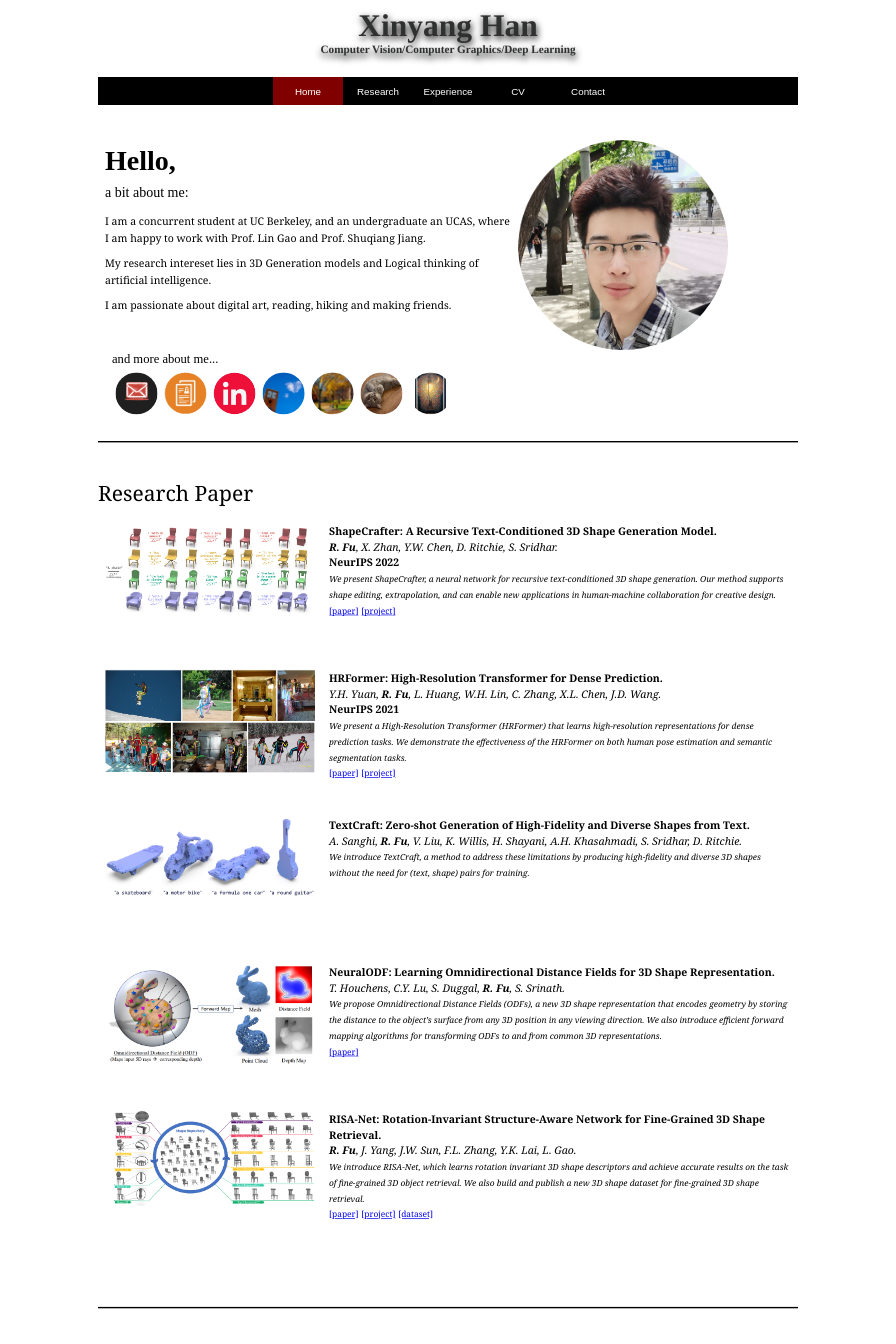
Repository: XinyangHan/XinyangHan.github.io
Page: index.html
These files come from the project's save history. The page is drawn as it stood at one moment and after the next save; the edit follows.
The browser window is 1280 px wide. The pictures show the part of the page from y = 0 to 1920 px (the page is 4103 px tall before and 4093 px after), at 70% of full size.

Above is the page before, as saved 2023-02-11 13:46:58.

### index.html
<!DOCTYPE html>
<html>

<head>
	<meta charset="utf-8">
	<meta name="keywords" content="Rao FU, Rao FU, Rao Fu Homepage, Rao Fu Webpage, Rao Fu UCAS, Rao Fu Brown">
	<meta name="description" content="Rao FU's homepage">
	<meta name="viewport" content="width=device-width, initial-scale=1">
	<title>Rao FU | Homepage</title>
	<link href="style.css" rel="stylesheet" />
	<style>
	</style>



</head>

<body>
<!-------------------------------------------------- Header -------------------------------------------------->
<div id="header">
	<h1> Xinyang Han </h1>
	<h2>Computer Vision/Computer Graphics/Deep Learning</h2>
</div><!-- Header -->

<!-------------------------------------------------- Navbar -------------------------------------------------->
<div id="nav-wrapper">
<div id="nav">
			<button class="btn active" onclick="window.location.href = './index.html#content_home';">Home</button>
			<button class="btn" onclick="window.location.href = './index.html#content_project';">Research</button>
			<button class="btn" onclick="window.location.href = './index.html#content_exp';">Experience</button>
			<button class="btn" onclick="window.location.href = './resource/My_CV.pdf'; target='_blank'; ">CV</button>
			<button class="btn" onclick="window.location.href = './index.html#c_contact_biography';">Contact</button>
			<!-- <a href="./index.html#content_home" class="active">Home</a>  -->
			<!-- <a href="./index.html#content_project">Research</a> -->
			<!-- <a href="./index.html#content_exp">Experience</a> -->
			<!-- <a href="./resource/MY_CV.pdf">CV</a> -->
			<!-- <a href="./index.html#c_contact_biography">Contact</a> -->
</div> <!-- #nav -->
</div>

<!-------------------------------------------------- Script -------------------------------------------------->
<script>
	// Get the container element
	var btnContainer = document.getElementById("nav");

	// Get all buttons with class="btn" inside the container
	var btns = btnContainer.getElementsByClassName("btn");

	// Loop through the buttons and add the active class to the current/clicked button
	for (var i = 0; i < btns.length; i++) {
	btns[i].addEventListener("click", function() {
		var current = document.getElementsByClassName("active");
		current[0].className = current[0].className.replace(" active", "");
		this.className += " active";
	});
	}
</script>

<!-------------------------------------------------- Content Home-------------------------------------------------->
<div class="content"  id="content_home">

	<div class="c_home_wrapper">
		<div id="c_biography">
			<strong id="c_font1">Hello,</strong><br>
			<span class="c_font2">a bit about me:</span><br>
			<p class="c_font3">
				I am a concurrent student at UC Berkeley, and an undergraduate an UCAS, where I am happy to work with Prof. Lin Gao and Prof. Shuqiang Jiang.
			</p>
			<p class="c_font3">
				My research intereset lies in 3D Generation models and Logical thinking of artificial intelligence.
			</p>
			<p class="c_font3">
				I am passionate about digital art, reading, hiking and making friends.
			</p>
		</div>

		<div id="c_profile">
			<div class="c_thumbnail">
				<img src="img/round_profile.png" id="buttons" alt="profile_button" >
				<div class="overlay">
					<p>
						勿戳！<br>
						Don't poke my cheeks!<br>
						¡no me toques las mejillas! <br>
						मेरे गाल मत दबाओ! <br>
						আমার গালে খোঁচা দিও না! <br>
						não cutuque minhas bochechas! <br>
						не тыкай меня в щеки! <br>
						私の頬をつつかないで！ <br>
						ਮੇਰੀਆਂ ਗੱਲ੍ਹਾਂ ਨੂੰ ਨਾ ਮਾਰੋ! <br>
						唔好戳我嘅脸颊！<br>
						đừng chọc má tôi!<br>
						నా బుగ్గలు కుట్టకు!<br>
						yanaklarımı dürtme!<br>
						내 뺨을 찌르지 마! <br>
						ne touchez pas mes joues!<br>
						stoß mir nicht in die Wangen!<br>
						என் கன்னங்களை குத்தாதே!<br>
						میرے گالوں کو مت مارو!<br>
						ojo nyocot pipiku!<br>
						non toccarmi le guance!<br>
						لا تكز خدي!<br>
					</p>
				</div>
			</div>
		</div>

		<div id="c_info">
			<!-- <strong id="c_font4">And more</strong><br>
			<strong id="c_font4">about me</strong><br> -->
			<span class="c_font2_1"> and more about me... </span><br>
			<!-- CONTENT TODO -->
			<div class="thumbnail">
				<img src="img/email_icon.jpg" id="button0" alt="email_button" >
				<div class="overlay" onclick="window.location.href = 'hanxinyang20a@mails.ucas.ac.cn';" >
					<p>Email to<br>Say Hi</p>
				</div>
			</div> <!-- .thumbnail -->


			<div class="thumbnail">
				<img src="img/cv_icon.jpg" id="button1" alt="cv_button" >
				<div class="overlay"  onclick="window.location.href='./resource/Xinyang_Han_CV.pdf'; " >
					<p>CV/<br>Resume</p>
				</div>
			</div> <!-- .thumbnail -->

			<!-- <div class="thumbnail">
				<img src="img/gs_icon.png" id="button2" alt="google_button" >
				<div class="overlay" onclick="window.location.href = 'https://scholar.google.com/citations?hl=en&user=VWMWQEcAAAAJ';" >
					<p>Google<br>Scholar</p>
				</div>
			</div>  -->

			<div class="thumbnail">
				<img src="img/linkedin_icon.png" id="button3" alt="lkin_icon" >
				<div class="overlay" onclick="window.location.href = 'https://www.linkedin.com/in/rao-fu-245269210/';" >
					<p>LinkedIn<br>Profile</p>
				</div>
			</div> <!-- .thumbnail -->

			<div class="thumbnail">
				<img src="img/ucas_button.png" id="button4" alt="ucas_button" >
				<div class="overlay" onclick="window.location.href = 'https://en.wikipedia.org/wiki/University_of_the_Chinese_Academy_of_Sciences/';" >
					<p>B.E.@<br>UCAS</p>
				</div>
			</div> <!-- .thumbnail -->

			<div class="thumbnail">
				<img src="img/Brown_icon.jpg" id="button5" alt="brown_button">
				<div class="overlay" onclick="window.location.href = 'https://www.usc.edu/';" >
					<p>Ph.D.@<br>Brown
					</p>
				</div>
			</div> <!-- .thumbnail -->

			<div class="thumbnail">
				<img src="img/cat_icon.jpg" id="button6" alt="cat_button">
				<div class="overlay" onclick="window.location.href = 'https://instagram.com/inocchi_mew?r=nametag';" >
					<p>My Cat<br>Inocchi
					</p>
				</div>
			</div> <!-- .thumbnail -->

			<div class="thumbnail">
				<img src="img/art_icon.jpg" id="button6" alt="art_button">
				<div class="overlay" onclick="window.location.href = './index.html#content_home';" >
					<p>Arts<br>Todo...</p>
				</div>
			</div> <!-- .thumbnail -->

		</div>
	</div><!-- Home Wrapper-->

	<div class="clearfloat"></div>
</div><!-- Content Home-->

<!-------------------------------------------------- Content Project -------------------------------------------------->
<div class="content">

	<div class="c_public_wrapper" id="content_project">
		<div class="c_font1_1">Research Paper</div>
		<div class="c_public">
			<div class="disp_wrapper">
				<!-- <a href="./img/HRFormer.png" data-lightbox="project1" data-title="HRFormer2 Structure"> -->
					<img src="./img/project_shapecrafter.jpg" class="project_img" title="ShapeCrafter Structure">
				<!-- </a> -->
				<!-- <p class="small_font">click image for details</p> -->
			</div>
			<strong>ShapeCrafter: A Recursive Text-Conditioned 3D Shape Generation Model.</strong>
			<br><em><strong>R. Fu</strong>, X. Zhan, Y.W. Chen, D. Ritchie, S. Sridhar. </em>
			<br><strong>NeurIPS 2022</strong></em>
			<br><em class="small_font">We present ShapeCrafter, a neural network for recursive text-conditioned 3D shape generation.
				Our method supports shape editing, extrapolation, and can enable new applications in human-machine collaboration for creative design.</em>
			<br><a href="https://arxiv.org/abs/2207.09446" class="small_font">[paper]</a>
			<a href="https://ivl.brown.edu/projects/shapecrafter" class="small_font">[project]</a>
		</div>

		<div class="c_public">
			<div class="disp_wrapper">
				<!-- <a href="./img/project_hrformer.png" data-lightbox="project1" data-title="HRFormer2 Structure"> -->
					<img src="./img/project_hrformer.png" class="project_img" title="HRFormer2 Structure">
				<!-- </a> -->
				<!-- <p class="small_font">click image for details</p> -->
			</div>
			<strong>HRFormer: High-Resolution Transformer for Dense Prediction.</strong>
			<br><em>Y.H. Yuan, <strong>R. Fu</strong>, L. Huang, W.H. Lin, C. Zhang, X.L. Chen, J.D. Wang. </em>
			<br><strong>NeurIPS 2021</strong></em>
			<br><em class="small_font">We present a High-Resolution Transformer (HRFormer) that learns high-resolution
				representations for dense prediction tasks. We demonstrate the effectiveness
				of the HRFormer on both human pose estimation and semantic segmentation tasks.</em>
			<br><a href="https://arxiv.org/abs/2110.09408" class="small_font">[paper]</a>
			<a href="https://github.com/HRNet/HRFormer" class="small_font">[project]</a>
		</div>

		<div class="c_public">
			<div class="disp_wrapper">
				<!-- <a href="./img/HRFormer.png" data-lightbox="project1" data-title="HRFormer2 Structure"> -->
					<img src="./img/project_textcraft.png" class="project_img" title="TextCraft Structure">
				<!-- </a> -->
				<!-- <p class="small_font">click image for details</p> -->
			</div>
			<strong>TextCraft: Zero-shot Generation of High-Fidelity and Diverse Shapes from Text.</strong>
			<br><em>A. Sanghi, <strong>R. Fu</strong>, V. Liu, K. Willis,  H. Shayani, A.H. Khasahmadi, S. Sridhar, D. Ritchie. </em>
			<!-- <br><strong>CoRR</strong></em> -->
			<br><em class="small_font">We introduce TextCraft, a method to address these limitations by producing high-fidelity
				and diverse 3D shapes without the need for (text, shape) pairs for training.</em>
			<!-- <br><a href="https://arxiv.org/pdf/2206.05837" class="small_font">[paper]</a> -->
		</div>

		<div class="c_public">
			<div class="disp_wrapper">
				<!-- <a href="./img/HRFormer.png" data-lightbox="project1" data-title="HRFormer2 Structure"> -->
					<img src="./img/project_odf.jpg" class="project_img" title="ODF Structure">
				<!-- </a> -->
				<!-- <p class="small_font">click image for details</p> -->
			</div>
			<strong>NeuralODF: Learning Omnidirectional Distance Fields for 3D Shape Representation.</strong>
			<br><em>T. Houchens, C.Y. Lu, S. Duggal, <strong>R. Fu</strong>, S. Srinath. </em>
			<!-- <br><strong>CoRR</strong></em> -->
			<br><em class="small_font">We propose Omnidirectional Distance Fields (ODFs), a new 3D shape representation
				that encodes geometry by storing the distance to the object’s surface from any 3D position in any
				viewing direction. We also introduce efficient forward mapping algorithms for transforming ODFs to and
				from common 3D representations.</em>
			<br><a href="https://arxiv.org/pdf/2206.05837" class="small_font">[paper]</a>
		</div>

		<div class="c_public">
				<div class="disp_wrapper">
					<!-- <a href="./img/project_risanet.png" data-lightbox="project1" data-title="RISA-Net Structure"> -->
						<img src="./img/project_risanet.png" class="project_img" title="RISA-Net Structure">
					<!-- </a> -->
					<!-- <p class="small_font">click image for details</p> -->
				</div>
				<strong>RISA-Net: Rotation-Invariant Structure-Aware Network for Fine-Grained 3D Shape Retrieval.</strong>
				<br><em><strong>R. Fu</strong>, J. Yang, J.W. Sun, F.L. Zhang, Y.K. Lai, L. Gao. </em>
				<!-- <br><em>CoRR </em> -->
				<br><em class="small_font">We introduce RISA-Net, which learns rotation invariant
					3D shape descriptors and achieve accurate results on the task of fine-grained 3D object retrieval. We also build and publish
					a new 3D shape dataset for fine-grained 3D shape retrieval.</em>
				<br><a href="https://arxiv.org/abs/2010.00973" class="small_font">[paper]</a>
				<a href="https://github.com/IGLICT/RisaNET" class="small_font">[project]</a>
				<a href="https://drive.google.com/drive/folders/1BpwtlhrYfR5xGcXGoYFjo9bQFtw4nFvP" class="small_font">[dataset]</a>

		</div>
	</div>
	<div class="clearfloat"></div>
</div><!-- Content Project-->

<!-------------------------------------------------- Content Experiment-------------------------------------------------->
<div class="content">

	<div class="c_education_wrapper" id="content_exp">
		<div class="c_font1_1">Education</div>

		<div class="c_education">
			<strong>BROWN UNIVERSITY</strong>
			<em class="dates">Sept.2021 – Present</em>
			<div class="clearfloat"></div>
			<div class="logo_wrapper">
				<img class="schoollogo" src="./img/brown_logo.png" alt="BROWN Logo" />
			</div>
			<ul>
			<li>Title: Computer Science Ph.D. Student</li>
			<li>Concentration: Vision, Graphics and Robotics</li>
			</ul>
		</div>

		<div class="c_education">
			<strong>UNIVERSITY OF CHINESE ACADEMY OF SCIENCES</strong>
			<em class="dates">Sept. 2017-Jul. 2021</em>
			<div class="clearfloat"></div>
			<div class="logo_wrapper">
				<img class="schoollogo" src="./img/cas_logo.jpg" alt="CAS Logo" />
			</div>
			<ul>
			<li>Degree: Bachelor of Computer Science.</li>
			<li>GPA: 3.72/4.00.</li>
			<li>Core GPA: 3.82/4.00.</li>
			<li><em>Outstanding Thesis Awards.</em> </li>
			<li><em></em>National Inspirational Scholarship(5%).</em></li>
			</ul>
		</div>

		<div class="c_education">
			<strong>UNIVERSITY OF SOUTHERN CALIFORNIA</strong>
			<em class="dates">Jan. 2020-May. 2020</em>
			<div class="clearfloat"></div>
			<div class="logo_wrapper">
				<img class="schoollogo" src="./img/usc_logo.png" alt="USC Logo" />
			</div>
			<ul>
			<li>Title: Visiting Student.</li>
			<li>GPA: 4.00/4.00.</li>
			</ul>

		</div>

		<div class="c_education">
			<strong>BEIJING NATIONAL DAY SCHOOL</strong>
			<em class="dates">Sept. 2011-Jul. 2017</em>
			<div class="clearfloat"></div>
			<div class="logo_wrapper">
				<img class="schoollogo" src="./img/bnds_logo.png" alt="USC Logo" />
			</div>
			<ul>
			<li>Title: Student.</li>
			<li>GPA: 3.9/4.0.</li>
			</ul>

		</div>
	</div>

	<div class="c_intern_wrapper">
		<div class="c_font1_1">Employment</div>

		<div class="c_intern">
			<strong>Research intern: Autodesk Inc.</strong>
				<em class="dates">May. 2022 – Present</em>
			<br><br><em>Group: AI Lab</em><em class="dates">Toronto, Canada</em>
			<ul>
				<li>Research on Lauguage-guided 3D Shape Generation.</li>
			</ul>
		</div>

		<div class="c_intern">
			<strong>Research intern: Microsoft Research, Asia</strong>
				<em class="dates">Mar. 2021 – July. 2021</em>
			<br><br><em>Group: Speech Group, Visual Computing Group</em><em class="dates">Beijing, China</em>
			<ul>
				<li>Research on High-Resolution Machine Perception Backbone</li>
			</ul>
		</div>

		<div class="c_intern">
			<strong>Research intern: University of California, San Diego</strong>
				<em class="dates">May. 2020 – Nov. 2020</em>
			<br><br><em>Advisor: Prof. Hao Su.</em><em class="dates">San Diego, CA, USA</em>
			<ul>
				<li>Research on Robot Grasping with Two-Finger Grippers.</li>
				<li>Research on Humanoid Robot Grippers.</li>
			</ul>
		</div>

		<div class="c_intern">
				<strong>Research intern: Institute of Computing Technology, CAS.</strong>
					<em class="dates">Jul. 2019 – Nov. 2020</em>
				<br><br><em>Advisor: Prof. Lin Gao</em> <em class="dates">Beijing, China</em>
				<ul>
					<li>Research on Fine-grained 3D Shape Retrieval.</li>
					<li>Research on Talking Head Generation.</li>
				</ul>
		</div>
	</div>

	<div class="clearfloat"></div>

</div><!-- Content Experiment-->

<!-------------------------------------------------- Content Contact-------------------------------------------------->
<div class="content">
	<div class="c_contact_wrapper">
	<!-- 	<div id="c_contact_biography">
			<span class="c_font1_1">Contact me:</span><br>
			<p class="c_font3">
			Email: <a href="mailto:rao_fu@brown.edu">rao_fu@brown.edu</a>
			</p>
			<p class="c_font3">
			Mail: Brown University Box 1910, Providence, RI 02912
			</p>
		</div> -->

		<div id="c_contact_profile">
			<span class="c_font1_1">Buy me a Boba:</span><br>
			<p class="c_font3">
			If you like my homepage and think it's useful, welcome to buy me a Boba via Wechat or Paypal down here:
			</p>
			<div id="c_contact_thumbnail_1">
			</div>
			<div id="c_contact_thumbnail_2">
			</div>
		</div>

		<div class="clearfloat"></div>
	</div><!-- Content Contact Wrapper-->
</div><!-- Content Contact -->


<div class="clearfloat"></div>
<!-------------------------------------------------- Footer -------------------------------------------------->
<div id="footer">
	<!-- <div class="b_thumbnail">
		<img class="b_img" src="img/i3.png" alt="email">
	</div>
	<div class="b_font">
		<a href="mailto:rao_fu@brown.edu">rao_fu@brown.edu</a>
	</div>
	<div class="b_thumbnail">
		<img class="b_img" src="img/i4.png" alt="git">
	</div>
	<div class="b_font">
		<a href="https://github.com/freddierao">github.com/freddierao</a>
	</div>	 -->
	<div class="b_thumbnail">
		<img class="b_img" src="img/i2.png" alt="copyright">
	</div>
	<div class="b_font">
		&copy; 2022 by Rao FU
	</div>
	<div class="clearfloat"></div>
</div><!-- Footer -->
<script>
window.onscroll = function() {myFunction()};

var navbar = document.getElementById("nav-wrapper");
var sticky = navbar.offsetTop;

function myFunction() {
  if (window.pageYOffset >= sticky) {
    navbar.classList.add("sticky")
  } else {
    navbar.classList.remove("sticky");
  }
}
</script>
</body>
</html>

Loaded but not shown: style.css (556 lines, source omitted)

After the next save:
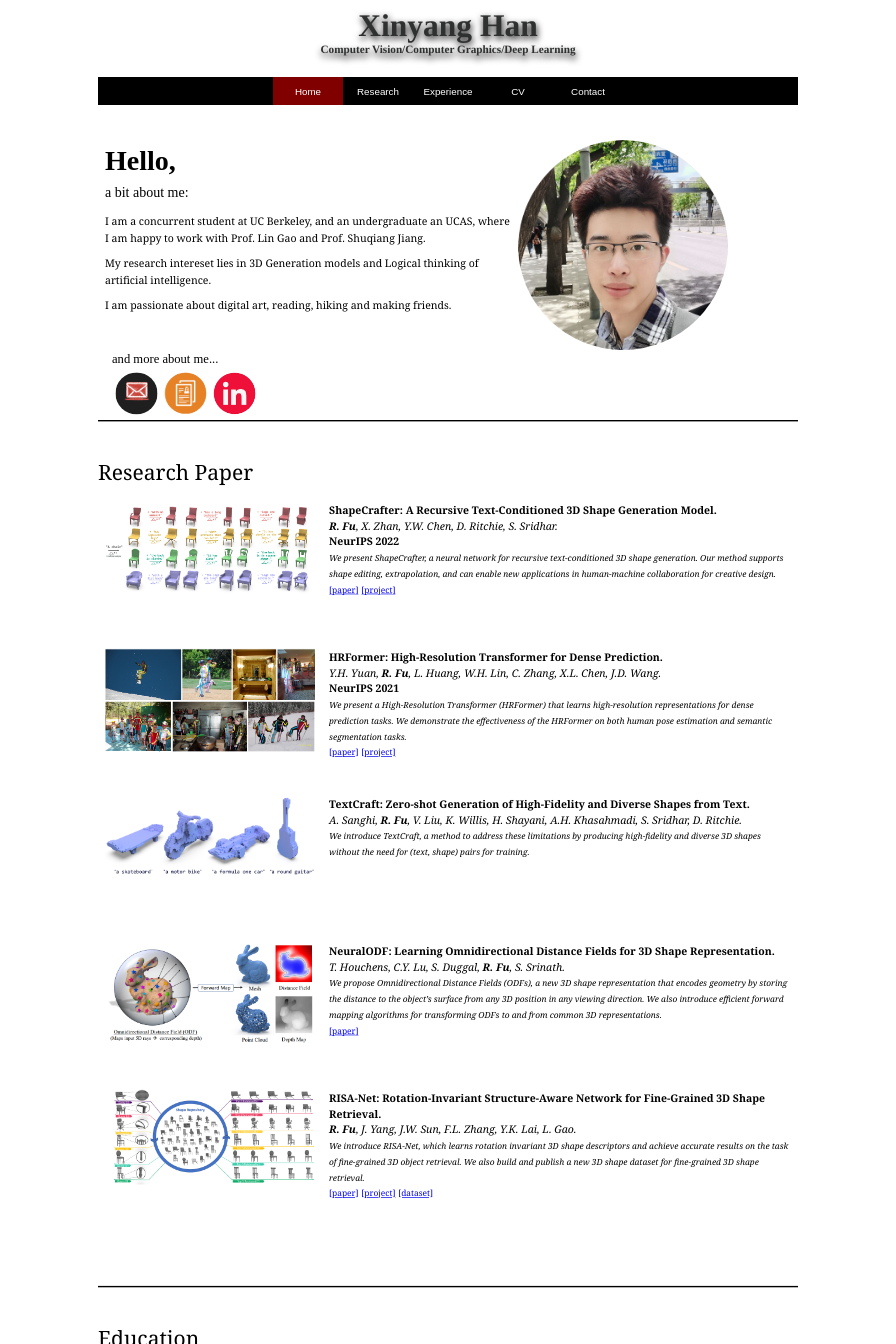
Console error (its wording comes from the project's code and is left out).
Saved 17 min 33 s later.
--- a/index.html
+++ b/index.html
@@ -134,7 +134,7 @@
 
 			<div class="thumbnail">
 				<img src="img/linkedin_icon.png" id="button3" alt="lkin_icon" >
-				<div class="overlay" onclick="window.location.href = 'https://www.linkedin.com/in/rao-fu-245269210/';" >
+				<div class="overlay" onclick="window.location.href = https://www.linkedin.com/in/xinyang-han-313bba265/ >
 					<p>LinkedIn<br>Profile</p>
 				</div>
 			</div> <!-- .thumbnail -->

After the save that followed:
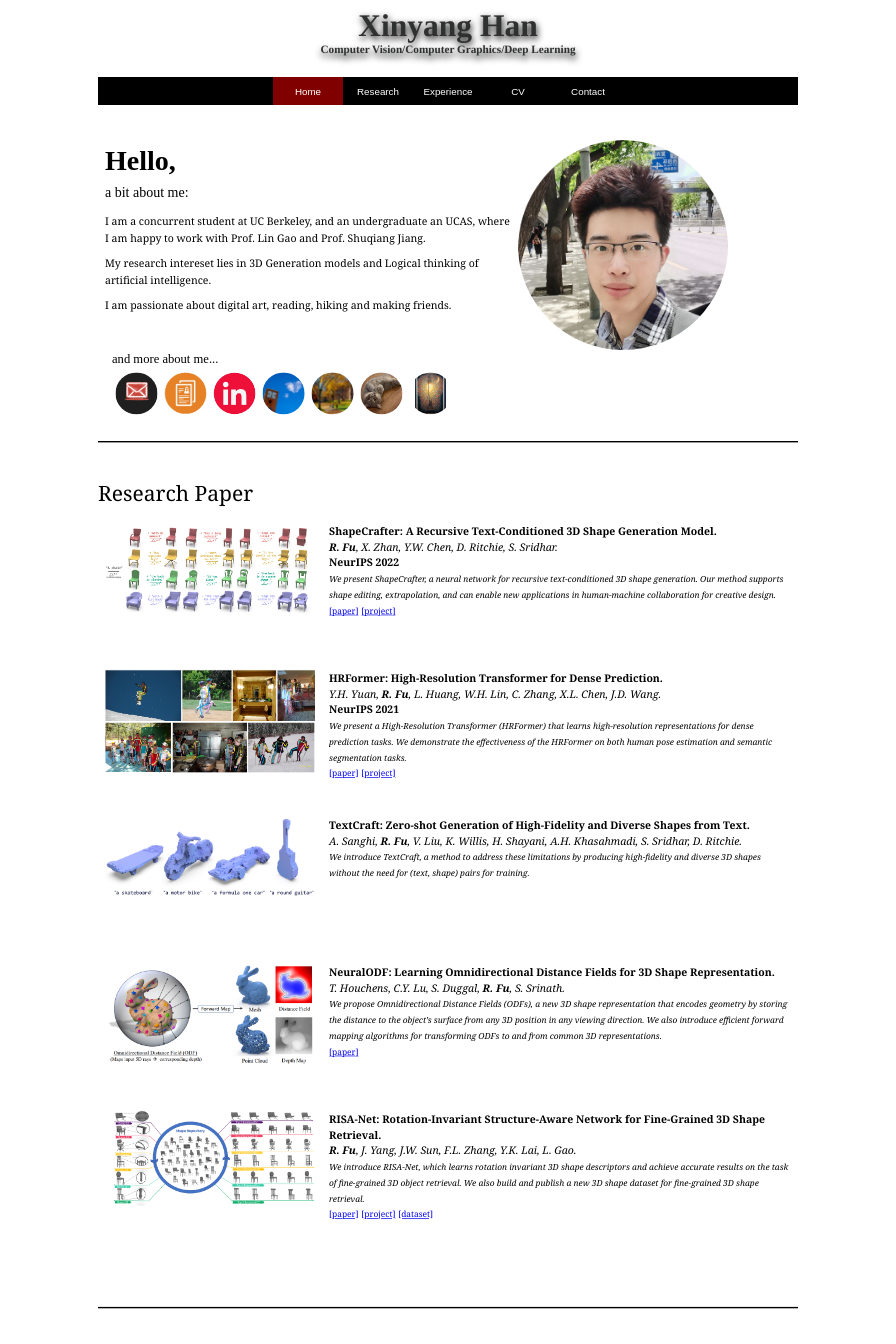
Console error (its wording comes from the project's code and is left out).
Saved 11 s later.
--- a/index.html
+++ b/index.html
@@ -134,7 +134,7 @@
 
 			<div class="thumbnail">
 				<img src="img/linkedin_icon.png" id="button3" alt="lkin_icon" >
-				<div class="overlay" onclick="window.location.href = https://www.linkedin.com/in/xinyang-han-313bba265/ >
+				<div class="overlay" onclick="window.location.href = 'https://www.linkedin.com/in/xinyang-han-313bba265/;" >
 					<p>LinkedIn<br>Profile</p>
 				</div>
 			</div> <!-- .thumbnail -->
